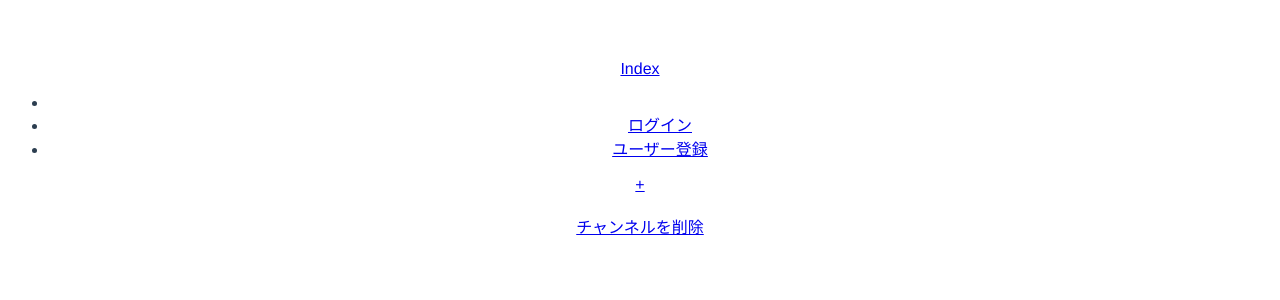
Repository: dododoSA/chat-app
Page: / (app in front/)
An editor plug-in stored every save of this project. The page is shown before and after the next save, followed by the edit.
The browser window is 1280 px wide. The pictures show the whole page.
The page's requests for data from a server got no answer. The project was rebuilt for these pictures with package versions that can differ from the ones it lists, and the page was loaded fresh each time. No one was signed in, and anything a server would have sent is missing. Also part of the build but not shown: front/vue.config.js, front/src/components/HelloWorld.vue, front/src/components/Login.vue, front/src/components/Signup.vue, front/src/components/NewChannelForm.vue, front/src/components/EditChannelForm.vue.

Above is the page before, as saved 2019-09-06 11:57:01.

After the next save:
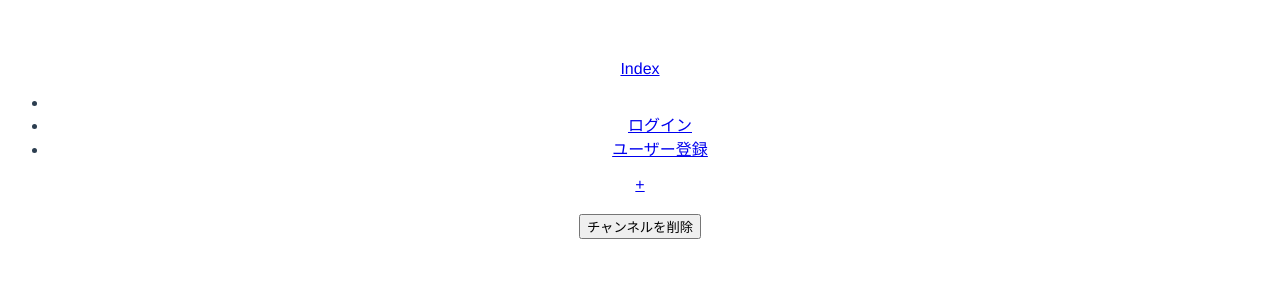
Saved 50 s later.
--- a/front/src/components/Channel.vue
+++ b/front/src/components/Channel.vue
@@ -8,7 +8,7 @@
         </ul>
         <h2>{{ currentChannelName }}</h2>
         <router-link v-if="currentChannelName" :to="{ name: 'EditChannelForm', params : { name: currentChannelName} }"> チャンネル名を変更 </router-link>
-        <a href="#" @click="deleteChannel">チャンネルを削除</a>
+        <button @click="deleteChannel">チャンネルを削除</button>
         <thread-show :channelName="currentChannelName"></thread-show>
     </div>
 </template>
